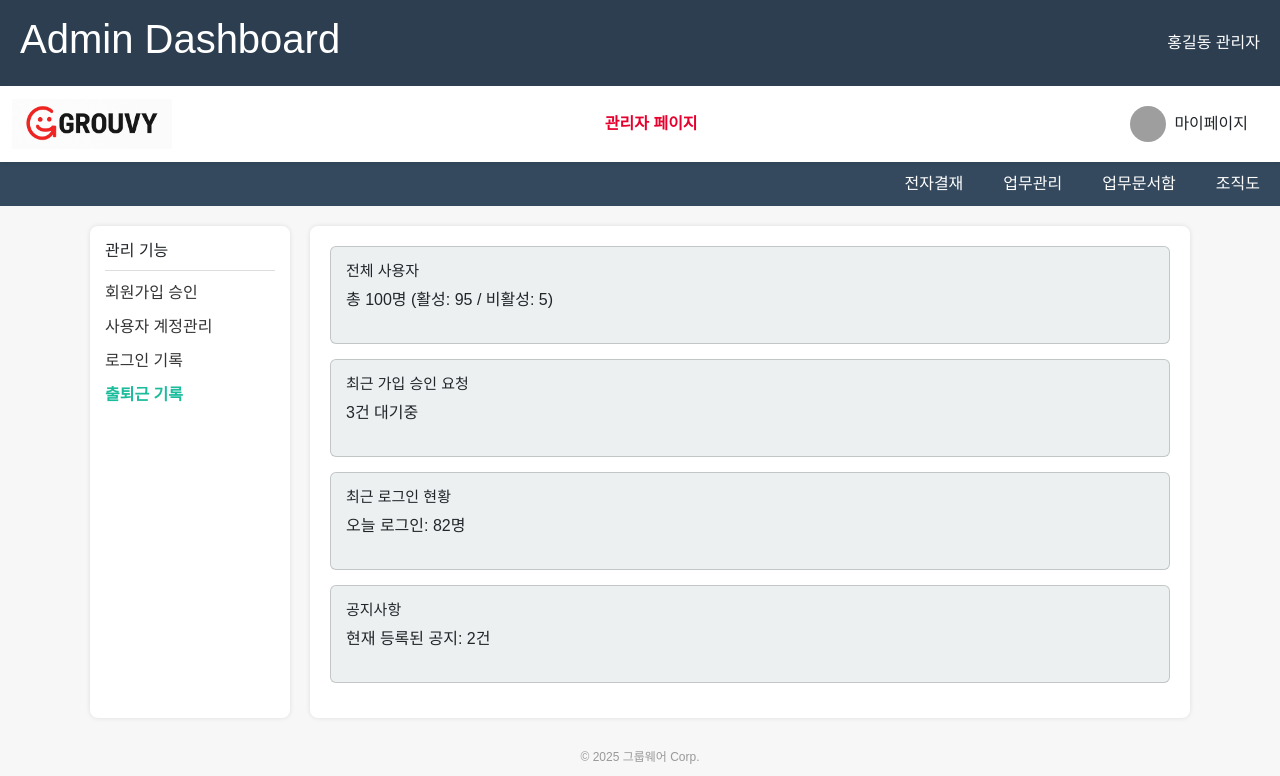
Repository: hyunbin7664/web-java-workspace
Page: groupware/src/main/webapp/admin_dashboard.html
An editor plug-in stored every save of this project. The page is shown before and after the next save, followed by the edit.
The browser window is 1280 px wide. The pictures show the whole page.
Pictures or frames that could not be fetched are drawn as grey boxes.

Above is the page before, as saved 2025-07-08 02:17:05.

After the next save:
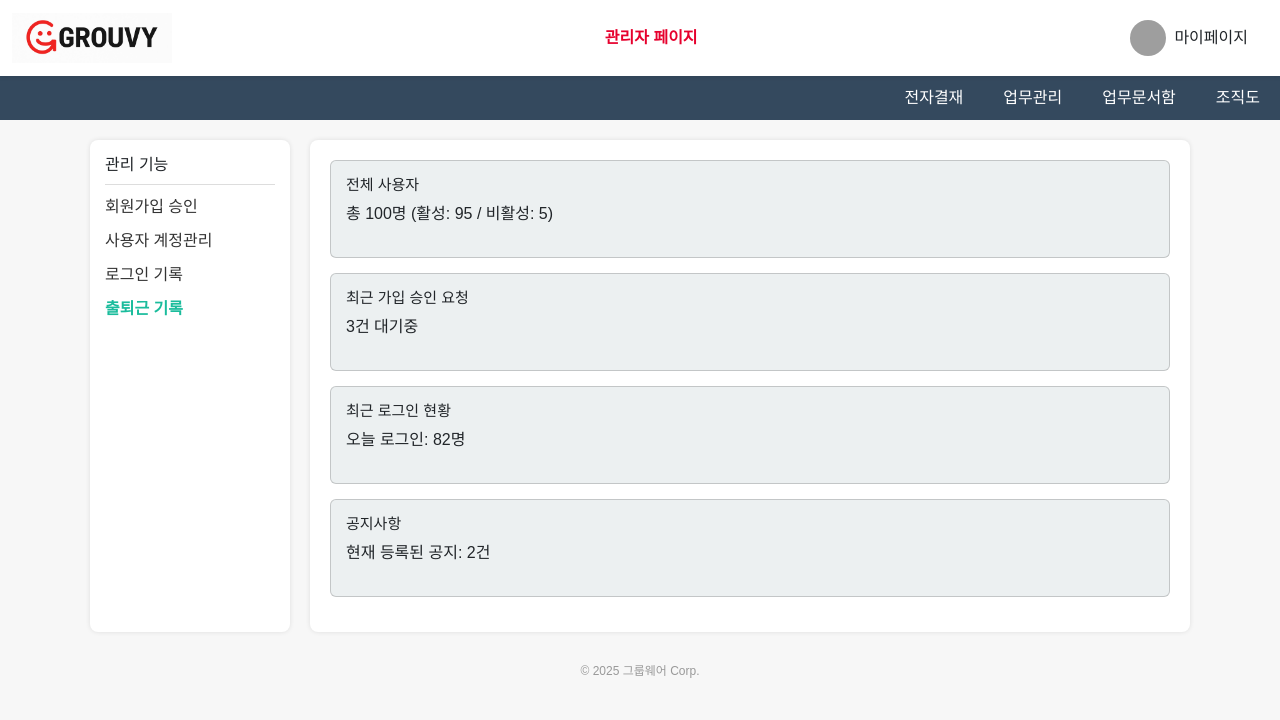
Saved 27 s later.
--- a/groupware/src/main/webapp/admin_dashboard.html
+++ b/groupware/src/main/webapp/admin_dashboard.html
@@ -133,12 +133,6 @@ footer {
 </style>
 </head>
 <body>
-	<header>
-		<h1>
-			<a href="admin_dashboard.html" style="text-decoration: none; color: inherit;">Admin Dashboard</a>
-		</h1>
-		<div>홍길동 관리자</div>
-	</header>
 	<nav class="navbar navbar-expand-lg navbar-light bg-white shadow-sm">
 		<div class="container-fluid">
 			<a class="navbar-brand d-flex align-items-center" href="index.html">
@@ -147,7 +141,7 @@ footer {
 				</span>
 			</a>
 			<ul class="navbar-nav mb-2 mb-lg-0">
-				<li class="nav-item"><a class="nav-link active" href="#">관리자 페이지</a></li>
+				<li class="nav-item"><a class="nav-link active" href="admin_dashboard.html">관리자 페이지</a></li>
 			</ul>
 			<div class="d-flex align-items-center">
 				<a href="mypage.html" >
